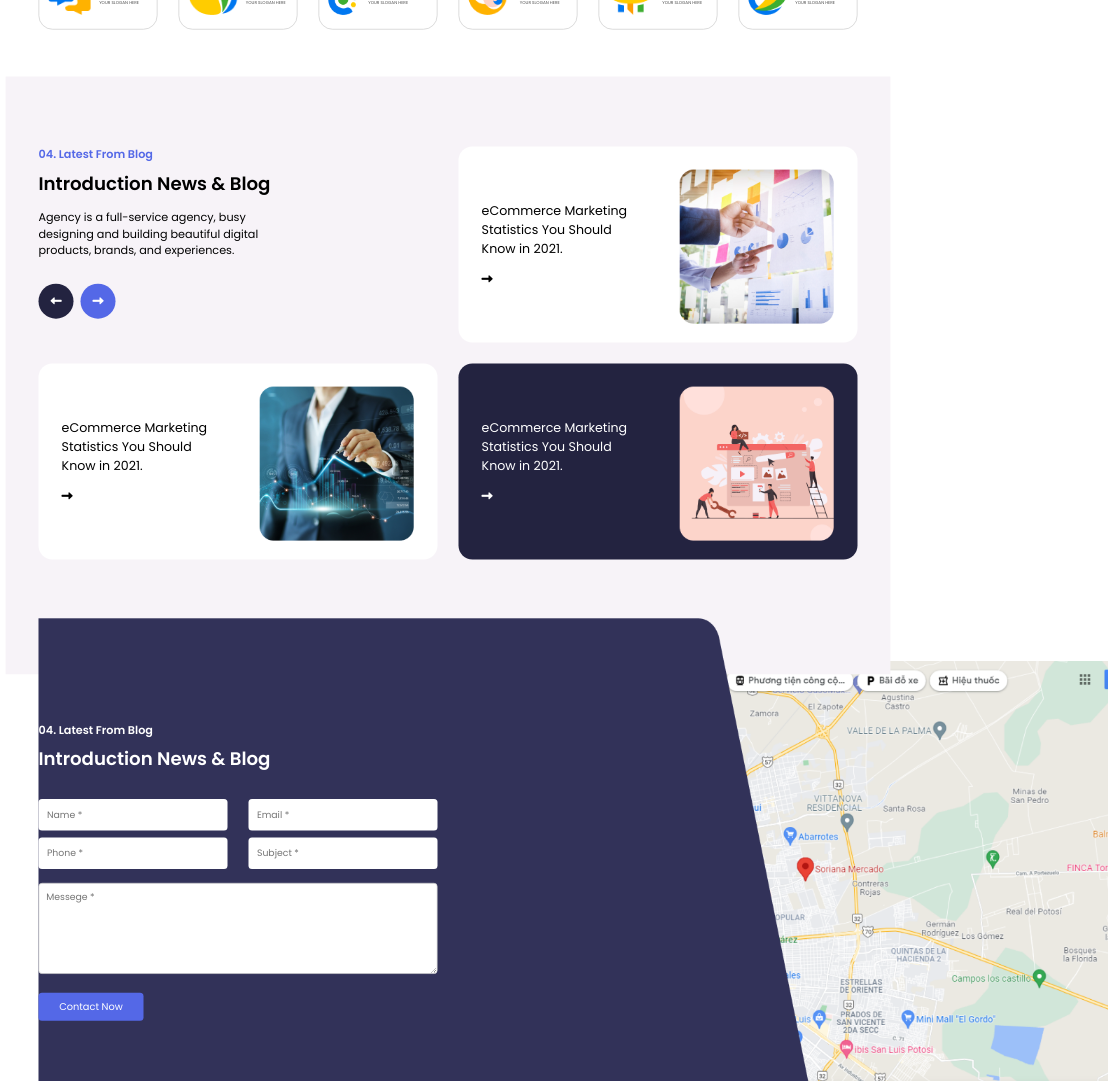
Repository: tranchi0120/LangdingPage-Htmlcss-Ago
Page: index.html
These files come from the project's save history. The page is drawn as it stood at one moment and after the next save; the edit follows.
The browser window is 1280 px wide. The page is 1583 px wide, so the pictures cover 1583 px, including what lies to the right of the window. The pictures show the part of the page from y = 3385 to 4945 px (the page is 4945 px tall), at 70% of full size.
Some web libraries are served in a nearby version. The style sheet was rebuilt from its Sass, Less or Tailwind sources for each picture, by a compiler version that may differ from the author's.

Above is the page before, as saved 2022-07-15 10:28:29.

After the next save:
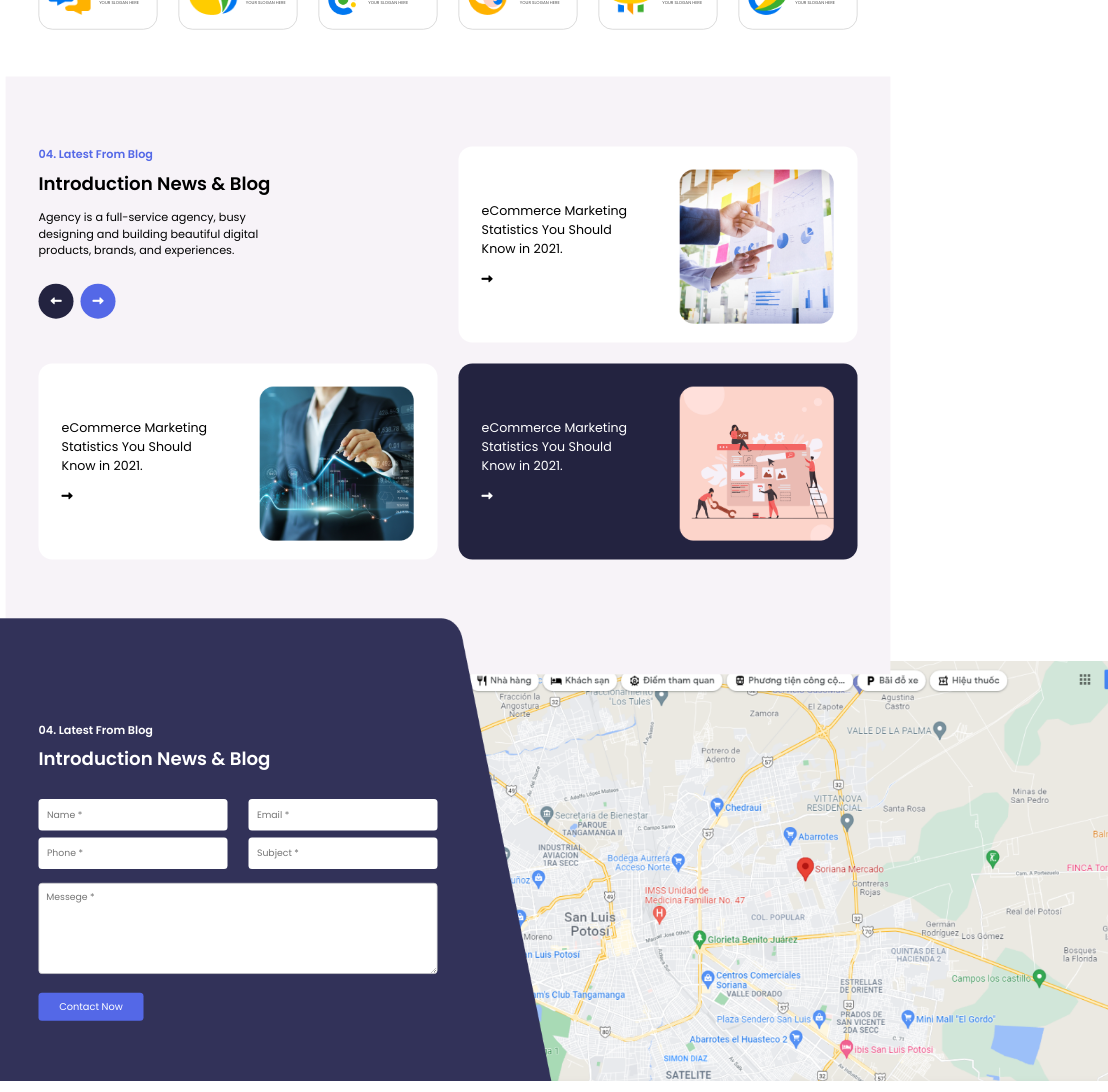
Saved 23 s later.
--- a/sass/_contact.scss
+++ b/sass/_contact.scss
@@ -4,6 +4,7 @@
         gap: 23px;
     }
     &-background {
+        margin-left: -367px;
         margin-top: -80px;
     }
     &-left {
